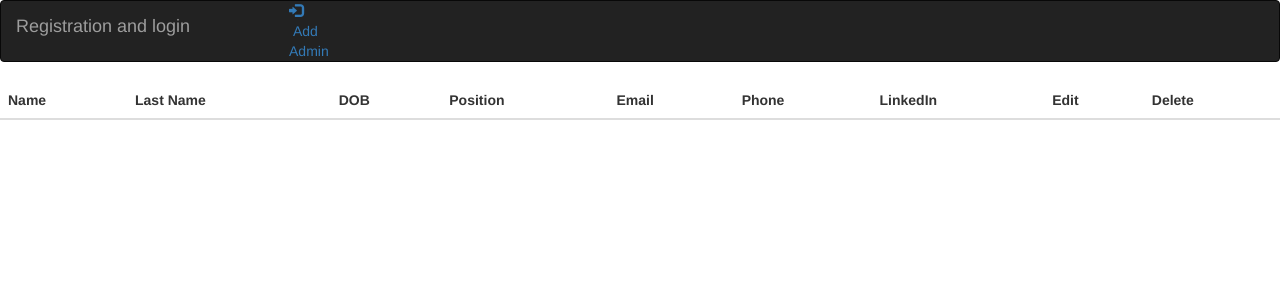
Repository: vinayvinay25794/RegistrationDemo
Page: http://localhost/allRegistrations
These files come from the project's save history. The page is drawn as it stood at one moment and after the next save; the edit follows.
The browser window is 1280 px wide. The pictures show the whole page.
The page is this project's Thymeleaf template; nobody is signed in. The template is opened directly, without the code that normally fills it, so the values that code supplies are empty.

Above is the page before, as saved 2021-03-18 07:03:52.

After the next save:
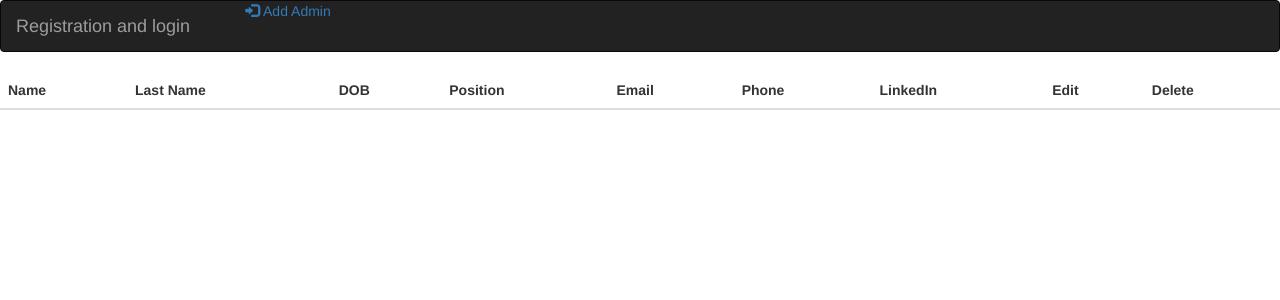
Saved 69 s later.
--- a/Hibernate/src/main/resources/templates/allRegistrations.html
+++ b/Hibernate/src/main/resources/templates/allRegistrations.html
@@ -20,7 +20,7 @@
 	      </button>
 	      <a class="navbar-brand" href="#" th:href="@{/}">Registration and login</a>
 	      <div class="nav navbar-nav navbar-right">
-	      <div class="col-md-6 col-md-offset-3">
+	      <div class="col-md-600 col-md-offset-300">
 					<span><a href="/" th:href="@{/registration}">
 					<span class="glyphicon glyphicon-log-in" aria-hidden="true"></span>&nbsp;Add Admin
 					</a></span>

After the save that followed:
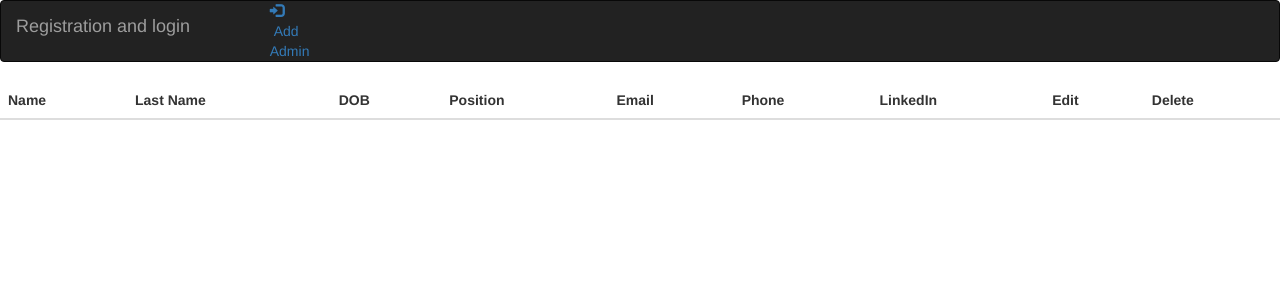
Saved 69 s later.
--- a/Hibernate/src/main/resources/templates/allRegistrations.html
+++ b/Hibernate/src/main/resources/templates/allRegistrations.html
@@ -20,7 +20,7 @@
 	      </button>
 	      <a class="navbar-brand" href="#" th:href="@{/}">Registration and login</a>
 	      <div class="nav navbar-nav navbar-right">
-	      <div class="col-md-600 col-md-offset-300">
+	      <div class="col-md-1 col-md-offset-1">
 					<span><a href="/" th:href="@{/registration}">
 					<span class="glyphicon glyphicon-log-in" aria-hidden="true"></span>&nbsp;Add Admin
 					</a></span>
